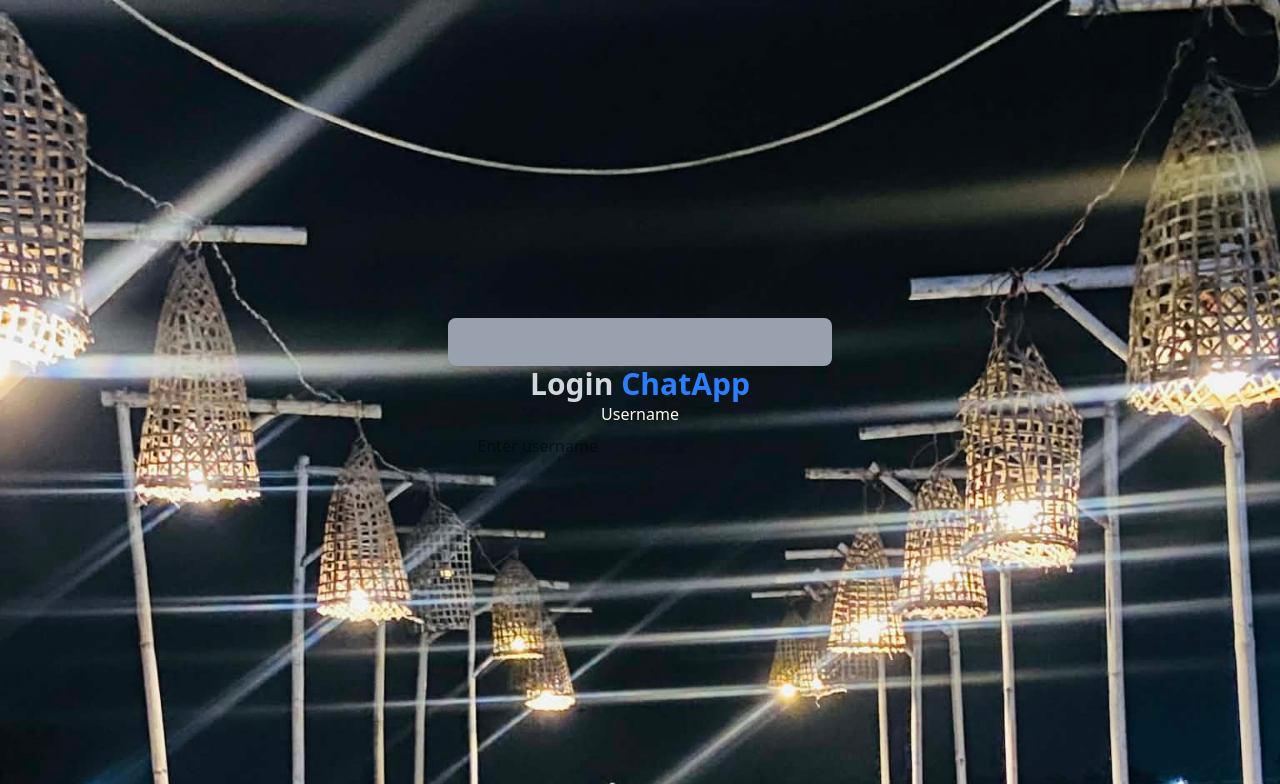
Repository: ridhukhan/chatapp
Page: / (app in frontend/)
The author's editor kept a copy of each file at every save. The page is drawn from the files as they stood at one save, then again after the next save.
The browser window is 1280 px wide. The pictures show the whole page.
Backgrounds fixed to the window are drawn as part of the page. The project was rebuilt for these pictures with package versions that can differ from the ones it lists, and the page was loaded fresh each time. Also part of the build but not shown: frontend/vite.config.js.

Above is the page before, as saved 2025-12-25 12:16:42.

After the next save:
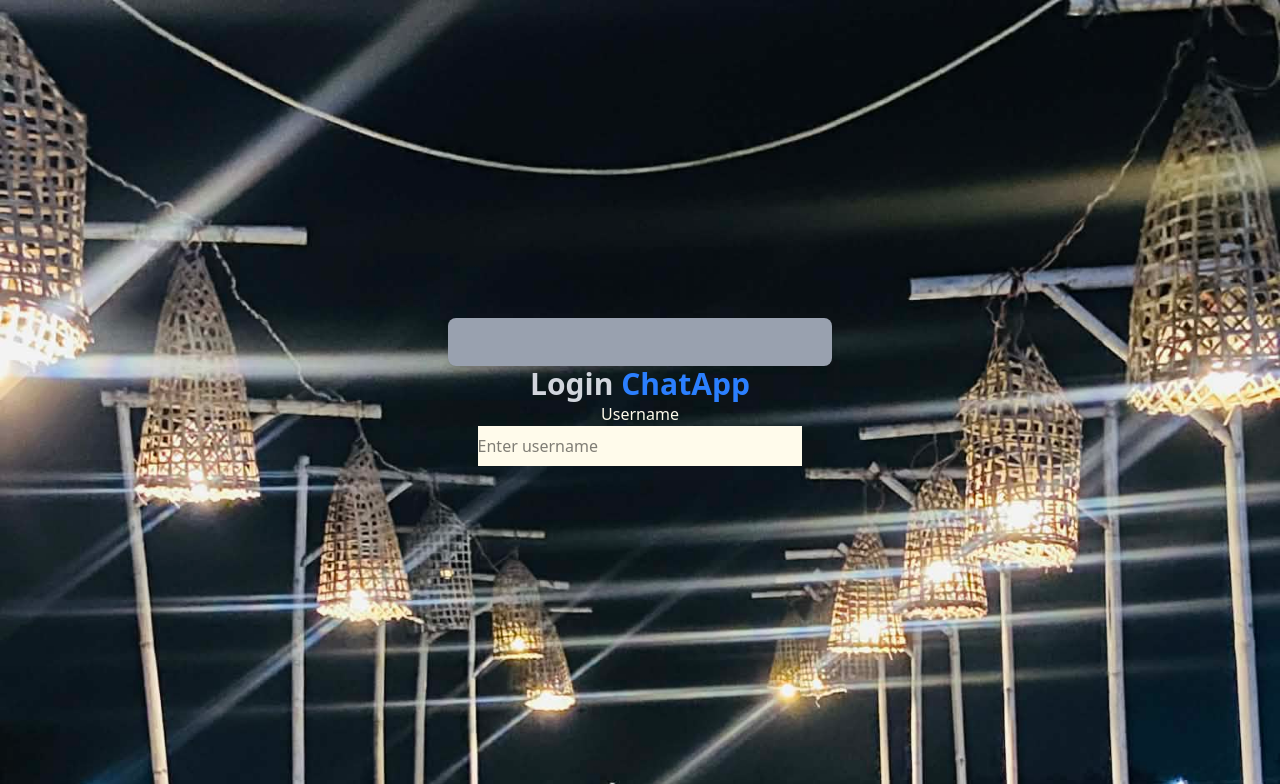
Saved 49 s later.
--- a/frontend/src/Pages/login/Login.jsx
+++ b/frontend/src/Pages/login/Login.jsx
@@ -18,7 +18,7 @@
     <label className='label p-2'>
         <span className='text-base label-text text-amber-50'>Username</span>
     </label>
-    <input type="text" placeholder='Enter username'  className='w-full input input-borderd h-10'
+    <input type="text" placeholder='Enter username'  className='w-full input input-borderd h-10 bg-amber-50'
     value={username}
     onChange={(e)=>setUsername(e.target.value)}
 
